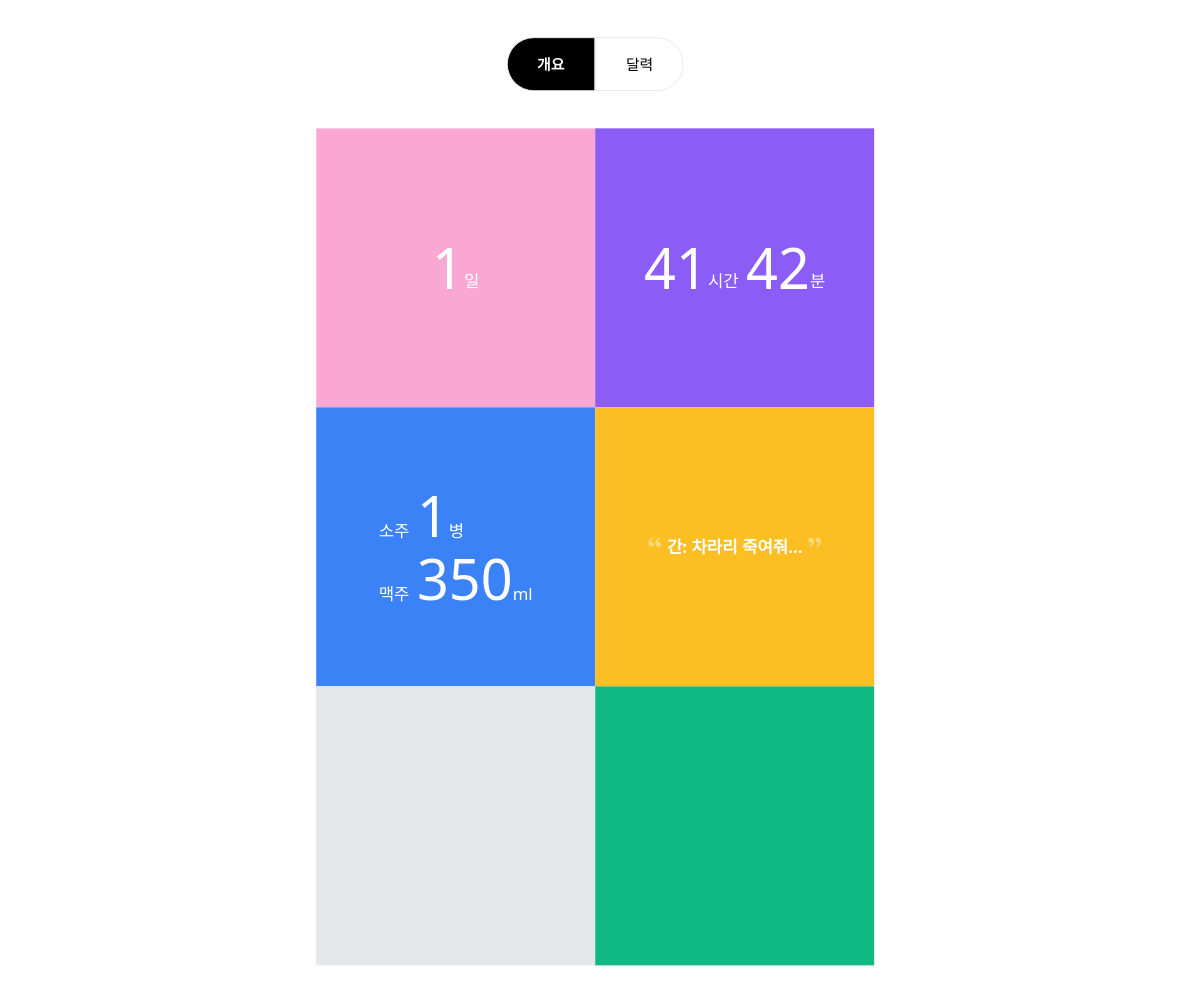
Repository: honey-punch/my-alcohol
Page: /
These files come from the project's save history. The page is drawn as it stood at one moment and after the next save; the edit follows.
The browser window is 1280 px wide. The pictures show the whole page, at 93% of full size.
The project was rebuilt for these pictures with package versions that can differ from the ones it lists, and the page was loaded fresh each time. The framework's server and built-in components were replaced by stand-ins that run in the browser. Also part of the build but not shown: next.config.ts, src/app/_component/Calendar.tsx.

Above is the page before, as saved 2025-02-10 16:26:23.

### src/app/page.tsx
"use client";

import { useState } from "react";
import Summary from "./_component/Summary";
import Calendar from "./_component/Calendar";

type ViewType = "summary" | "calendar";

export default function Home() {
  // useState
  const [viewType, setViewType] = useState<ViewType>("summary");

  // functions
  function handleChangeViewType() {
    if (viewType === "summary") {
      setViewType("calendar");
    } else {
      setViewType("summary");
    }
  }

  return (
    <div className="w-full flex flex-col items-center p-10 gap-10">
      <div onClick={handleChangeViewType} className="flex">
        <button
          className={`${
            viewType === "summary"
              ? "bg-black text-white font-black"
              : "hover:bg-black/20"
          } rounded-s-full border px-8 py-4 transition-colors`}
        >
          개요
        </button>
        <button
          className={`${
            viewType === "calendar"
              ? "bg-black text-white font-black"
              : "hover:bg-black/20"
          } rounded-e-full border px-8 py-4 transition-colors`}
        >
          달력
        </button>
      </div>
      {viewType === "summary" ? <Summary /> : <Calendar />}
    </div>
  );
}

### src/app/_component/Summary.tsx
import { RiDoubleQuotesL } from "react-icons/ri";
import { RiDoubleQuotesR } from "react-icons/ri";

const BOX_SIZE = 300;

export default function Summary() {
  const today = new Date();

  // TODO - DB에서 받아온 술마신 날들 중 가장 마지막 날
  const lastDay = new Date("2025-02-08T22:00:00");

  // 1, 2번 박스
  const diffMs = Math.abs(today.getTime() - lastDay.getTime());
  const diffDay = Math.floor(diffMs / (1000 * 60 * 60 * 24));
  const diffHour = Math.floor(diffMs / (1000 * 60 * 60));
  const diffMin = Math.floor((diffMs % (1000 * 60 * 60)) / (1000 * 60));
  const diffTime = { diffHour, diffMin };

  // 3번 박스
  // TODO - DB에서 받아와서 계산할 평균 용량
  const ex = {
    // 병단위
    soju: 1,
    // cc단위
    beer: 350,
  };

  // 4번 박스
  // TODO - DB에 저장해볼까
  const wiseSaying = [
    "내가 또 술을 마시면 개다.",
    "간한테 미안하지도 않냐?",
    "간: 차라리 죽여줘...",
    "술마시면 하루가 날라간다.",
    "안마셔도 생각보다 괜찮다.",
    "마시고 후회할꺼 왜마시냐?",
  ];
  const randomWiseSaying =
    wiseSaying[Math.floor(Math.random() * wiseSaying.length)];

  return (
    <div className="grid grid-cols-2 text-lg">
      {/* 1번 박스 - 일수 */}
      <div
        style={{ width: `${BOX_SIZE}px`, height: BOX_SIZE }}
        className="bg-pink-300 text-white flex justify-center items-center"
      >
        <span className="text-6xl">{diffDay}</span>
        <span className="mt-7">일</span>
      </div>

      {/* 2번 박스 - 시간 */}
      <div
        style={{ width: `${BOX_SIZE}px`, height: BOX_SIZE }}
        className="bg-violet-500 text-white flex justify-center items-center"
      >
        <span className="text-6xl">{diffTime.diffHour}</span>
        <span className="mt-7 mr-2">시간</span>
        <span className="text-6xl">{diffTime.diffMin}</span>
        <span className="mt-7">분</span>
      </div>

      {/* 3번 박스 - 평균 주량 */}
      <div
        style={{ width: `${BOX_SIZE}px`, height: BOX_SIZE }}
        className="bg-blue-500 text-white flex justify-center items-center"
      >
        <div className="flex flex-col gap-2">
          <div>
            <span className="mt-7 mr-2">소주</span>
            <span className="text-6xl">{ex.soju}</span>
            <span className="mt-7">병</span>
          </div>
          <div>
            <span className="mt-7 mr-2">맥주</span>
            <span className="text-6xl">{ex.beer}</span>
            <span className="mt-7">ml</span>
          </div>
        </div>
      </div>

      {/* 4번 박스 - 명언(같은 개소리) */}
      <div
        style={{ width: `${BOX_SIZE}px`, height: BOX_SIZE }}
        className="bg-amber-400 text-white flex justify-center items-center text-3xl"
      >
        <div className="flex text-lg font-semibold gap-1">
          <RiDoubleQuotesL className="opacity-40" />
          {randomWiseSaying}
          <RiDoubleQuotesR className="opacity-40" />
        </div>
      </div>

      {/* 5번 박스 - 왜하냐(본인이 설정하는 동기부여) */}
      <div
        style={{ width: `${BOX_SIZE}px`, height: BOX_SIZE }}
        className="bg-gray-200 text-white flex justify-center items-center text-3xl"
      ></div>

      {/* 6번 박스 - 1번 박스 * 3번 박스 * 술값으로 얼마 아꼈는지 */}
      <div
        style={{ width: `${BOX_SIZE}px`, height: BOX_SIZE }}
        className="bg-emerald-500 text-white flex justify-center items-center text-3xl"
      ></div>
    </div>
  );
}

Loaded but not shown: src/app/layout.tsx (common file); src/app/globals.css (common file); tailwind.config.ts (common file)

After the next save:
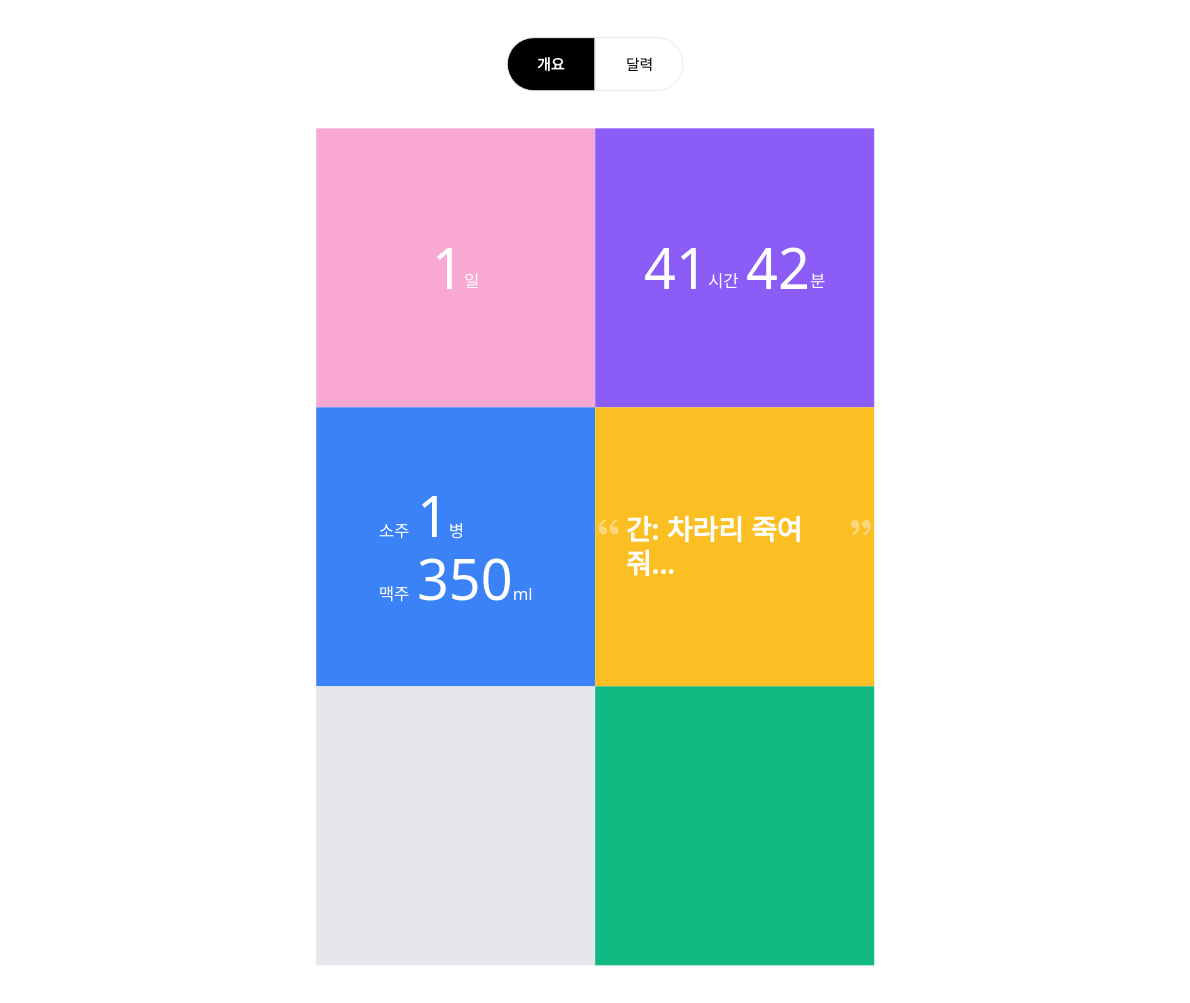
Saved 9 s later.
--- a/src/app/_component/Summary.tsx
+++ b/src/app/_component/Summary.tsx
@@ -84,7 +84,7 @@
         style={{ width: `${BOX_SIZE}px`, height: BOX_SIZE }}
         className="bg-amber-400 text-white flex justify-center items-center text-3xl"
       >
-        <div className="flex text-lg font-semibold gap-1">
+        <div className="flex font-semibold gap-1">
           <RiDoubleQuotesL className="opacity-40" />
           {randomWiseSaying}
           <RiDoubleQuotesR className="opacity-40" />

After the save that followed:
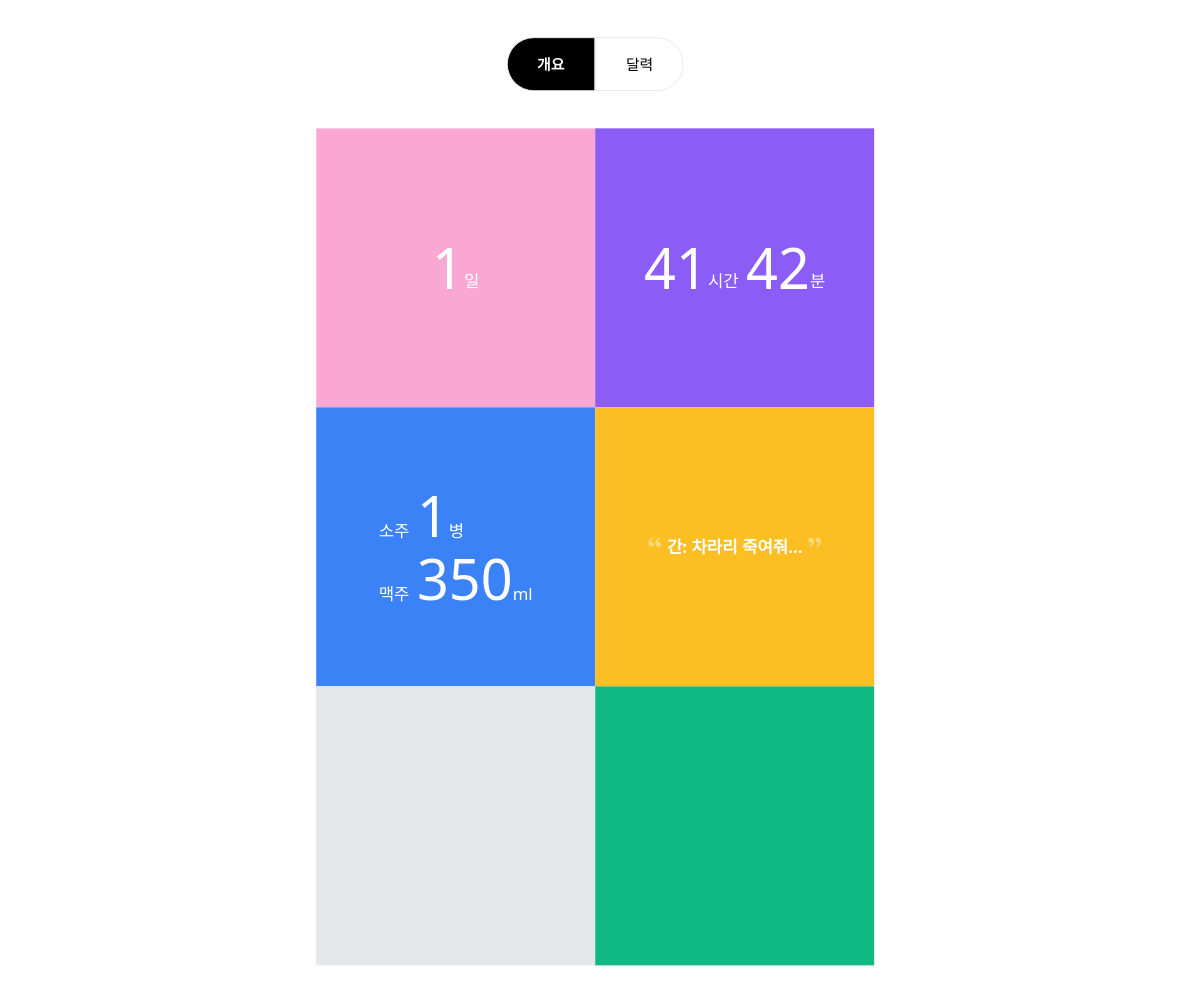
Saved 6 s later.
--- a/src/app/_component/Summary.tsx
+++ b/src/app/_component/Summary.tsx
@@ -82,7 +82,7 @@
       {/* 4번 박스 - 명언(같은 개소리) */}
       <div
         style={{ width: `${BOX_SIZE}px`, height: BOX_SIZE }}
-        className="bg-amber-400 text-white flex justify-center items-center text-3xl"
+        className="bg-amber-400 text-white flex justify-center items-center"
       >
         <div className="flex font-semibold gap-1">
           <RiDoubleQuotesL className="opacity-40" />
